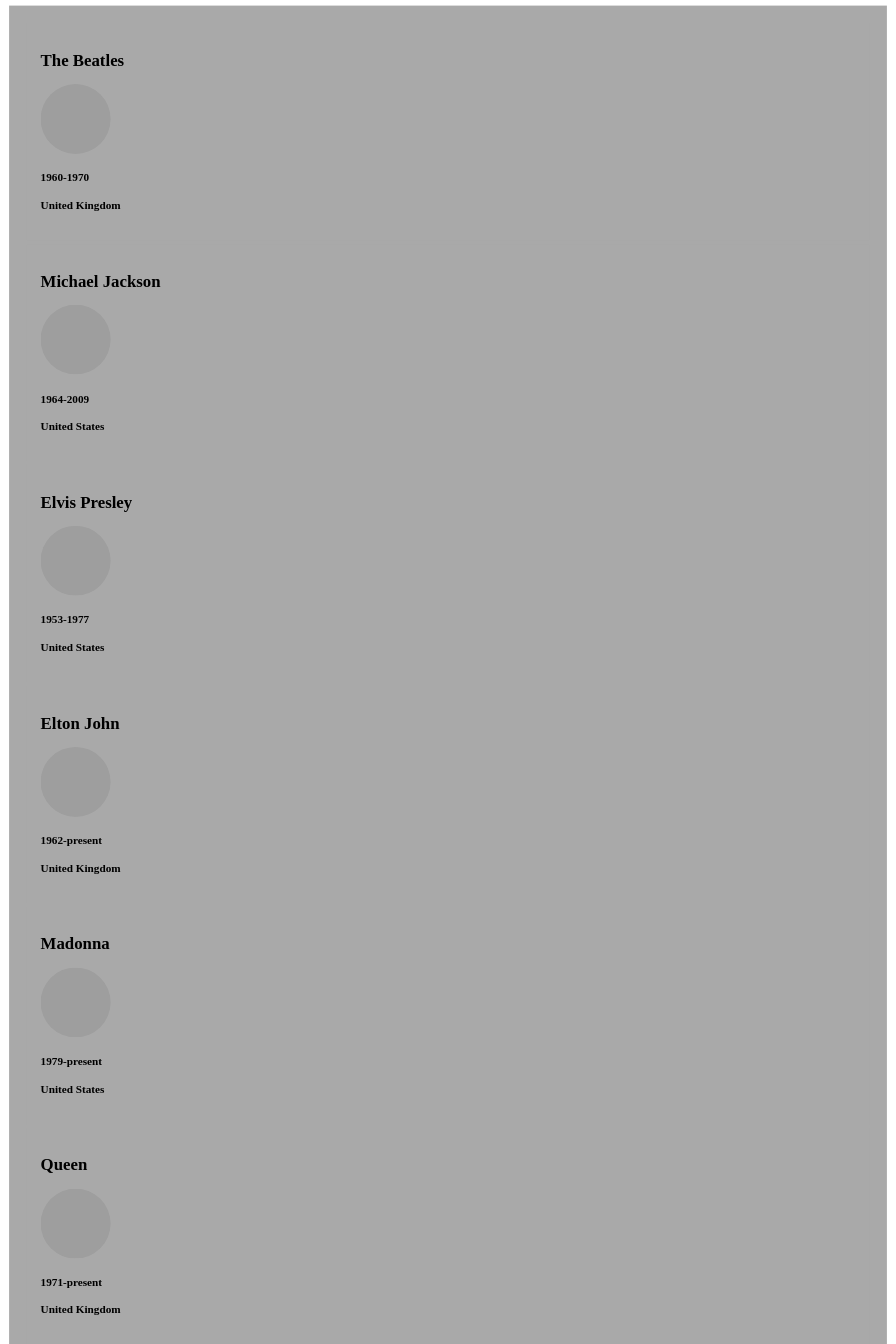
Repository: MelissaJacobi/Frontend-lab-2
Page: /
An editor plug-in stored every save of this project. The page is shown before and after the next save, followed by the edit.
The browser window is 1280 px wide. The pictures show the part of the page from y = 0 to 1920 px (the page is 3217 px tall before and 3167 px after), at 70% of full size.
Pictures or frames that could not be fetched are drawn as grey boxes. The project was rebuilt for these pictures with package versions that can differ from the ones it lists, and the page was loaded fresh each time. Also part of the build but not shown: vite.config.js.

Above is the page before, as saved 2024-09-19 13:52:44.

After the next save:
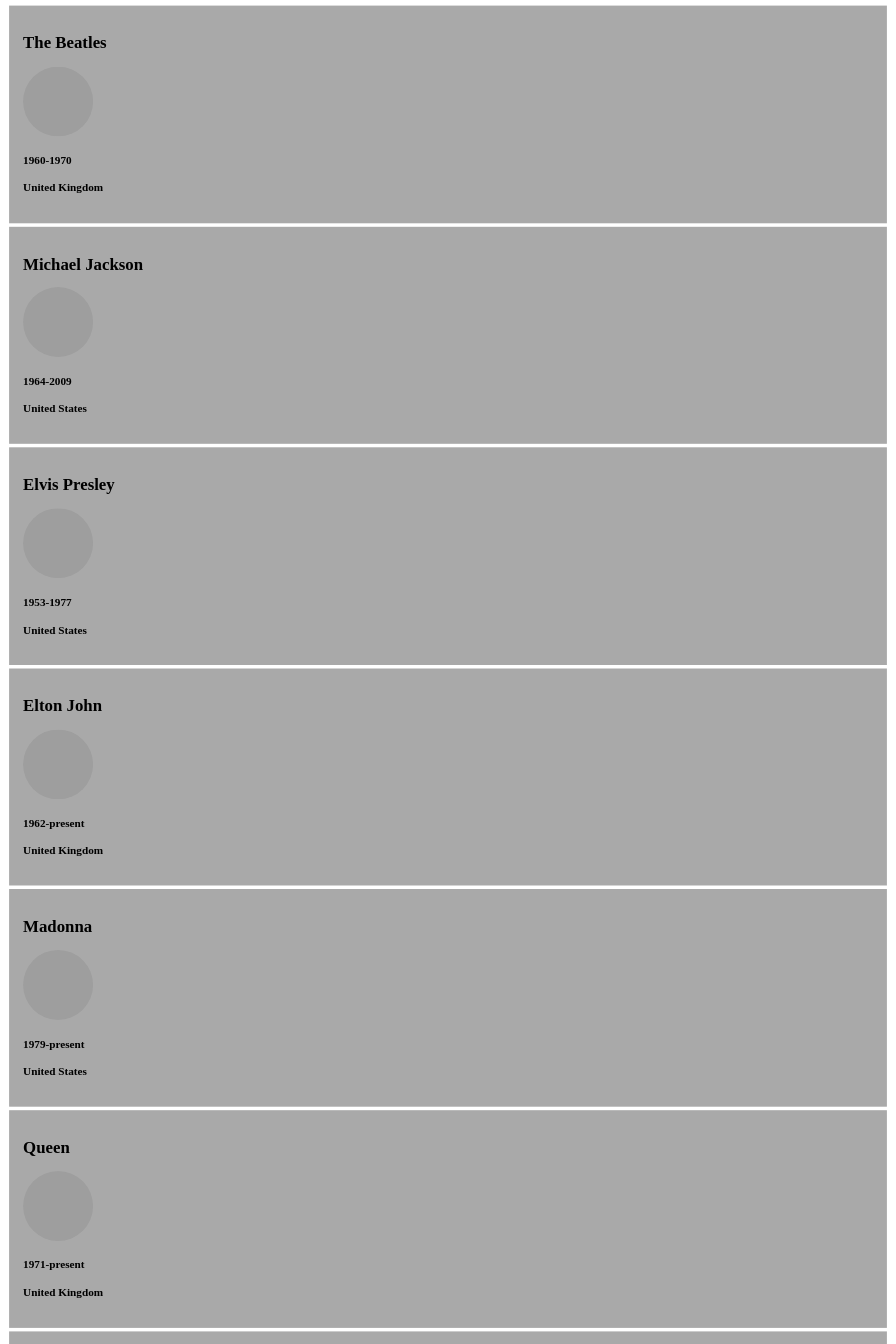
Saved 5 s later.
--- a/src/index.css
+++ b/src/index.css
@@ -9,7 +9,7 @@
     border-radius: 50%;
 }
 
-.app {
+.artist_li {
     background-color: rgb(169, 169, 169);
     margin: 5px;
     padding: 20px;
